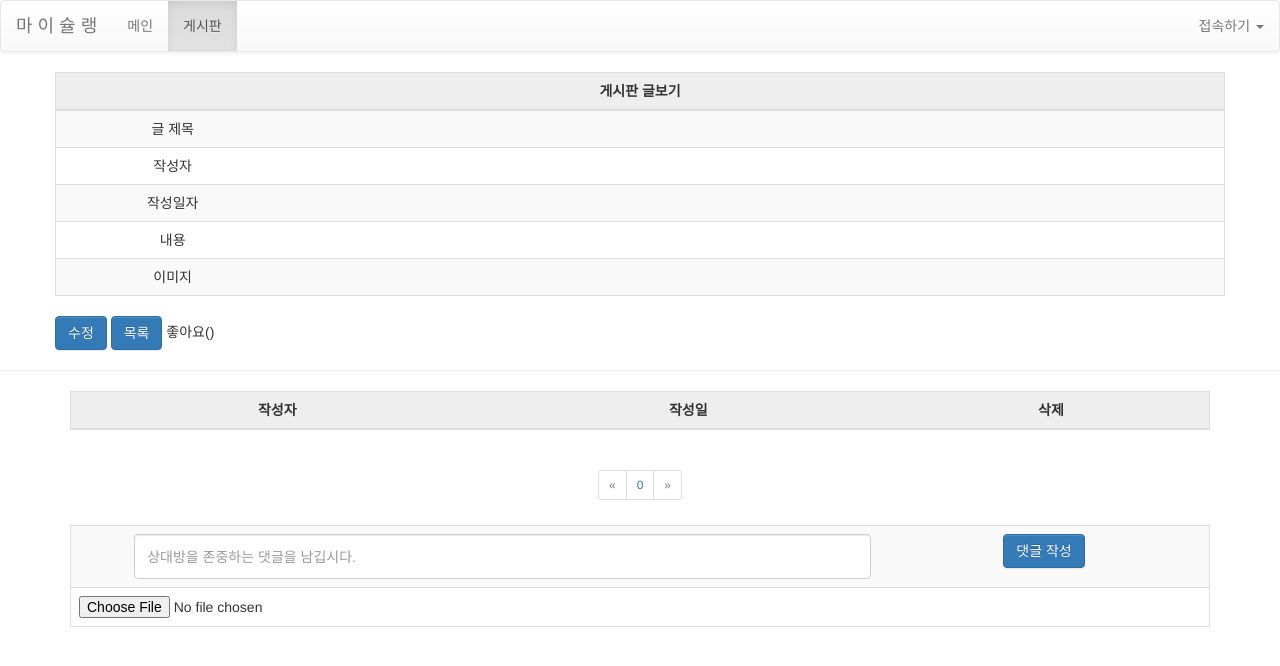
Repository: serendipity63/mychelin
Page: http://localhost/board/WEB-INF/views/detailform.jsp
These files come from the project's save history. The page is drawn as it stood at one moment and after the next save; the edit follows.
The browser window is 1280 px wide. The pictures show the whole page.
Some web libraries are served in a nearby version. The page is served by Tomcat 9. Nobody is signed in. The template is opened directly, without the code that normally fills it, so the values that code supplies are empty.

Above is the page before, as saved 2024-01-12 02:34:05.
Console error (its wording comes from the project's code and is left out).

After the next save:
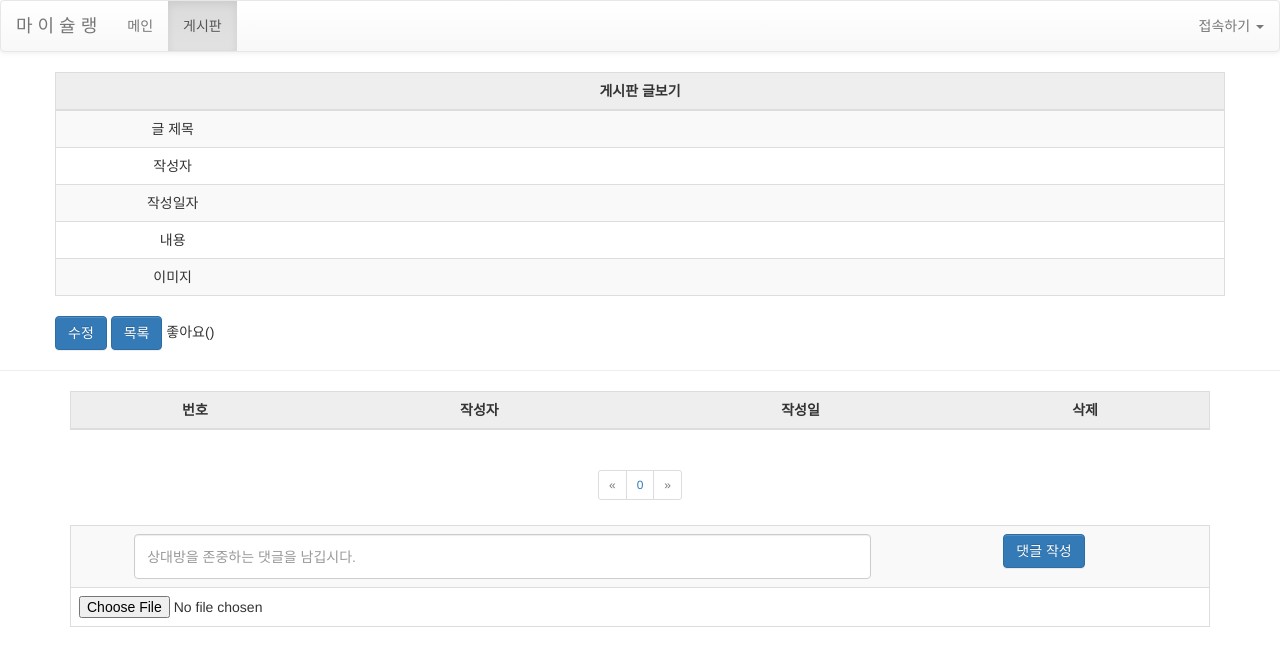
Saved 3 min 27 s later.
--- a/board/src/main/webapp/WEB-INF/views/detailform.jsp
+++ b/board/src/main/webapp/WEB-INF/views/detailform.jsp
@@ -198,6 +198,7 @@
 			style="text-align: center; border: 1px solid #dddddd">
 			<thead>
 				<tr>
+					<th style="background-color: #eeeeee; text-align: center;">번호</th>
 					<th style="background-color: #eeeeee; text-align: center;">작성자</th>
 					<th style="background-color: #eeeeee; text-align: center;">작성일</th>
 					<th style="background-color: #eeeeee; text-align: center;">삭제</th>
